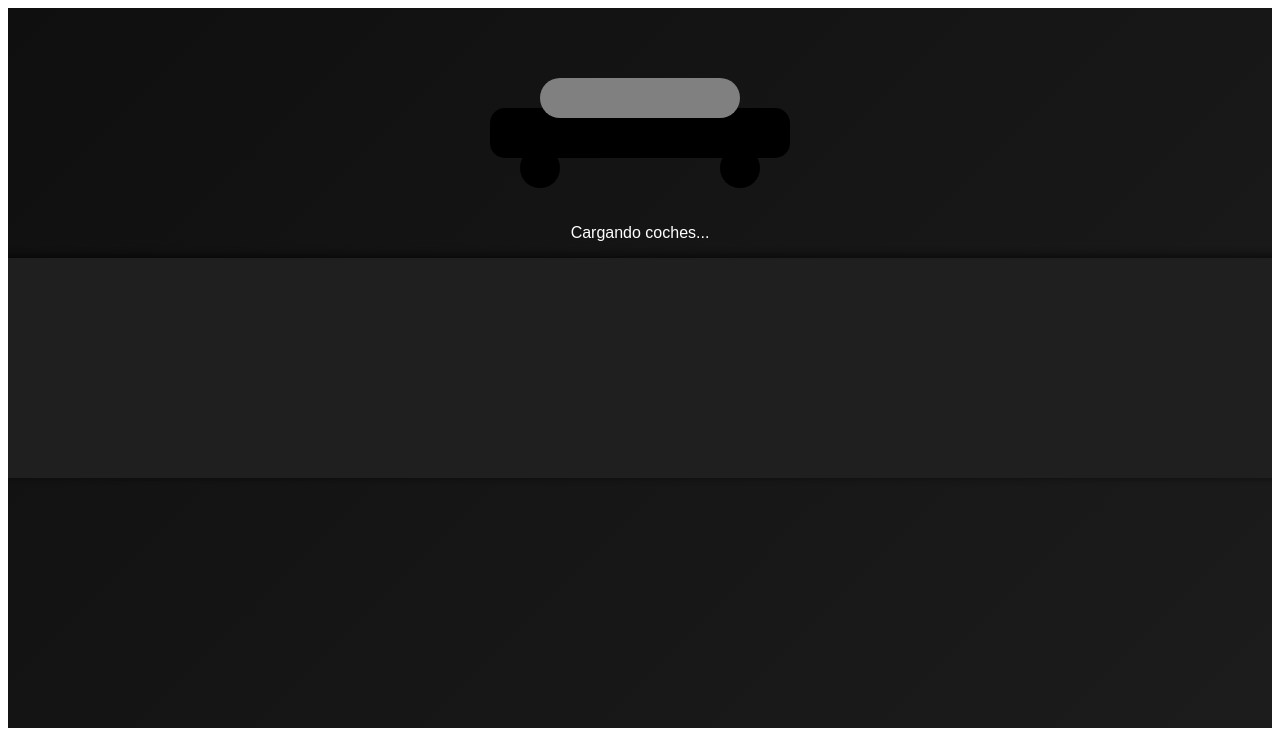
Repository: demoniers/clase
Page: /concesionario (app in misproyectos/concesionario/)
An editor plug-in stored every save of this project. The page is shown before and after a run of saves, followed by the edit.
The browser window is 1280 px wide. The pictures show the whole page.
The page's requests for data from a server got no answer. The project was rebuilt for these pictures with package versions that can differ from the ones it lists, and the page was loaded fresh each time. No one was signed in, and anything a server would have sent is missing. Imported but missing from the stored project, and not drawn on this page: misproyectos/concesionario/src/routes/Home.

Above is the page before, as saved 2025-03-19 12:20:33.

After the next 2 saves:
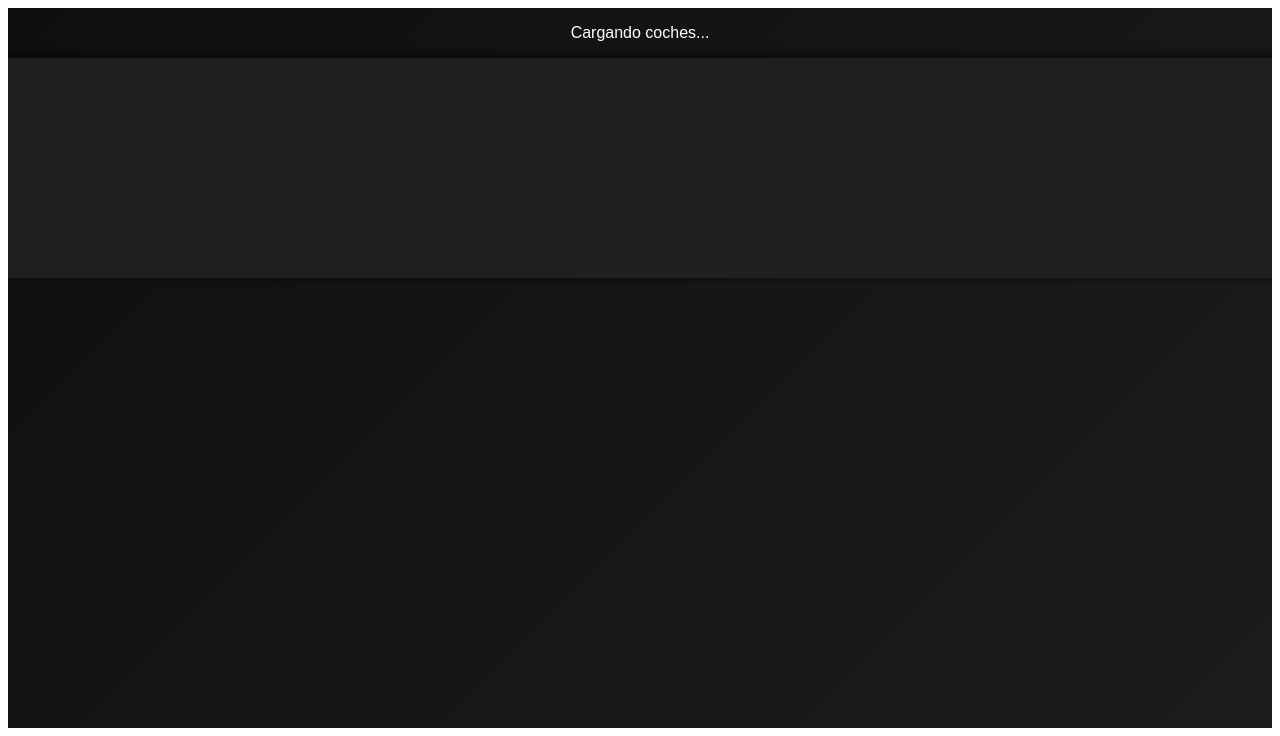
The 2 saves are shown as one change because 1 did not build or start.
The last was saved 20 min 38 s later.
--- a/misproyectos/concesionario/src/routes/concesionario/Concesionario.js
+++ b/misproyectos/concesionario/src/routes/concesionario/Concesionario.js
@@ -25,16 +25,6 @@ function Concesionario() {
 
   return (
     <div className="concesionario">
-    <svg width="400" height="200">
-      <rect x="50" y="100" width="300" height="50" rx="15" ry="15">
-        <animate attributeName="fill" values="red;orange;yellow;green;blue" dur="5s" repeatCount="indefinite" />
-      </rect>
-      <rect x="100" y="70" width="200" height="40" rx="20" ry="20" fill="gray">
-        <animate attributeName="fill" values="gray;silver;gray;silver" dur="5s" repeatCount="indefinite" />
-      </rect>
-      <circle cx="100" cy="160" r="20" fill="black" />
-      <circle cx="300" cy="160" r="20" fill="black" />
-    </svg>
       {cocheSeleccionado ? (
         <div className="contenido">
           <div className="imagen-grande">
